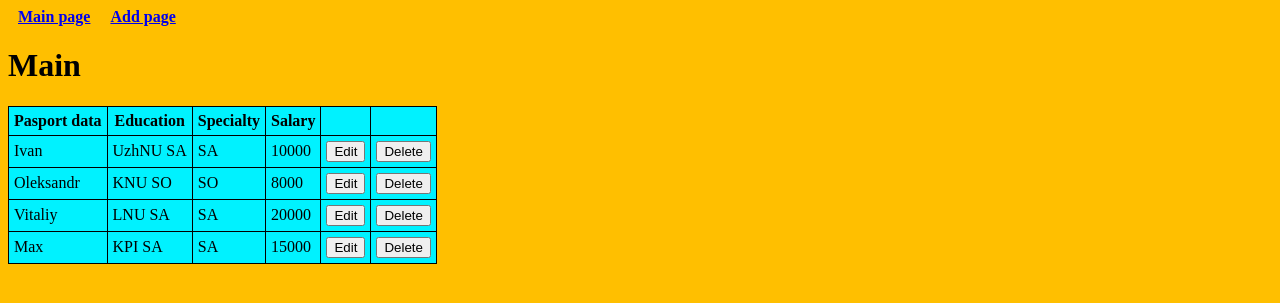
Repository: Alan-Melnychenko/vue
Page: / (app in Project/)
The author's editor kept a copy of each file at every save. The page is drawn from the files as they stood at one save, then again after the next save.
The browser window is 1280 px wide. The pictures show the whole page.
The project was rebuilt for these pictures with package versions that can differ from the ones it lists, and the page was loaded fresh each time. Also part of the build but not shown: Project/vue.config.js, Project/src/pages/Add/index.vue, Project/src/pages/Edit/index.vue.

Above is the page before, as saved 2022-11-08 23:23:02.

### Project/src/App.vue
<template>
  <div>
    <header>
      <router-link class="link" to="/"><b>Main page</b></router-link>
      <router-link class="link" to="/add"><b>Add page</b></router-link>
    </header>
    <main>
      <router-view></router-view>
    </main>
  </div>
</template>
<script>
export default {
  name: "App",
  components: {},
};
</script>

<style>
table {
  background-color: rgb(0, 242, 255);
}
body {
  background-color: rgb(255, 191, 0);
}
.link {
  margin: 10px;
}
table {
  border-collapse: collapse;
  border: 1px solid black;
  padding: 2px;
}
th {
  border: 1px solid black;
  padding: 5px;
}
td {
  border: 1px solid black;
  padding: 5px;
}
</style>

### Project/src/router.js
import { createRouter, createWebHashHistory } from "vue-router";

import MainPage from "./pages/Main/index.vue";
import AddPage from "./pages/Add/index.vue";
import EditPage from "./pages/Edit/index.vue";

const routes = [
  {
    path: "/",
    name: "main",
    component: MainPage,
  },
  {
    path: "/add",
    name: "add",
    component: AddPage,
  },
  {
    path: "/edit/:id?",
    name: "edit",
    component: EditPage,
  },
];

const router = createRouter({
  history: createWebHashHistory(),
  routes,
});

export default router;

### Project/src/store/index.js
import { createStore } from "vuex";

const store = createStore({
  state() {
    return {
      listData: [
        {
          id: 0,
          pasport: "Ivan",
          education: "UzhNU SA",
          specialty: "SA",
          salary: 10000,
        },
        {
          id: 1,
          pasport: "Oleksandr",
          education: "KNU SO",
          specialty: "SO",
          salary: 8000,
        },
        {
          id: 2,
          pasport: "Vitaliy",
          education: "LNU SA",
          specialty: "SA",
          salary: 20000,
        },
        {
          id: 3,
          pasport: "Max",
          education: "KPI SA",
          specialty: "SA",
          salary: 15000,
        },
      ],
    };
  },
  getters: {
    getAllListData: (state) => state.listData,
    getEmployeeById: (state) => (id) => {
      return state.listData[id];
    },
  },

  mutations: {
    addNewEmployee(state, arr) {
      state.listData.push(arr);
    },
    editEmployee(state, arr) {
      state.listData[arr[0]] = arr[1];
    },
    deleteEmployee(state, id) {
      state.listData = state.listData.filter((item) => item.id !== id);
    },
  },
  actions: {
    addNewEmployeeAction({ commit }, arr) {
      commit("addNewEmployee", arr);
    },
    editEmployeeAction({ commit }, arr) {
      commit("editEmployee", arr);
    },
    deleteEmployeeAction({ commit }, id) {
      commit("deleteEmployee", id);
    },
  },
});

export default store;

### Project/src/pages/Main/index.vue
<template>
  <div>
    <h1>Main</h1>
    <table>
      <tr>
        <th>Pasport data</th>
        <th>Education</th>
        <th>Specialty</th>
        <th>Salary</th>
        <th></th>
        <th></th>
      </tr>
      <employee-card
        v-for="item in getAllListData"
        :key="item.id"
        :pasport="item.pasport"
        :education="item.education"
        :specialty="item.specialty"
        :salary="item.salary"
      />
    </table>
  </div>
</template>

<script>
import employeeCard from "@/components/employee.vue";
import { mapGetters } from "vuex";
export default {
  name: "MainPage",
  components: {
    employeeCard,
  },
  computed: {
    ...mapGetters(["getAllListData"]),
  },
  methods: {
    goToAdd() {
      this.$router.push({ path: "/add" });
    },
    goToEdit() {
      this.$router.push({ path: "/edit" });
    },
  },
};
</script>

<style lang="css" scoped></style>

### Project/src/components/employee.vue
<template>
  <tr>
    <td>{{ pasport }}</td>
    <td>{{ education }}</td>
    <td>{{ specialty }}</td>
    <td>{{ salary }}</td>
    <td><button @click="onEdit(id)">Edit</button></td>
    <td><button @click="onDelete(id)">Delete</button></td>
  </tr>
</template>

<script>
import { mapActions } from "vuex";
export default {
  name: "employeeCard",

  props: {
    id: {
      type: Number,
      default: 0,
    },
    pasport: {
      type: String,
      default: "No pasport data",
    },
    education: {
      type: String,
      default: "No education",
    },
    specialty: {
      type: String,
      default: "No specialty",
    },
    salary: {
      type: Number,
      default: 0,
    },
  },
  methods: {
    ...mapActions(["deleteEmployeeAction"]),
    onEdit(id) {
      this.$router.push({
        name: "edit",
        params: { id: id },
      });
    },
    onDelete(id) {
      this.deleteEmployeeAction(id);
    },
  },
};
</script>

<style lang="css" scoped></style>

Loaded but not shown: Project/public/index.html (common file); Project/src/main.js (common file)

After the next save:
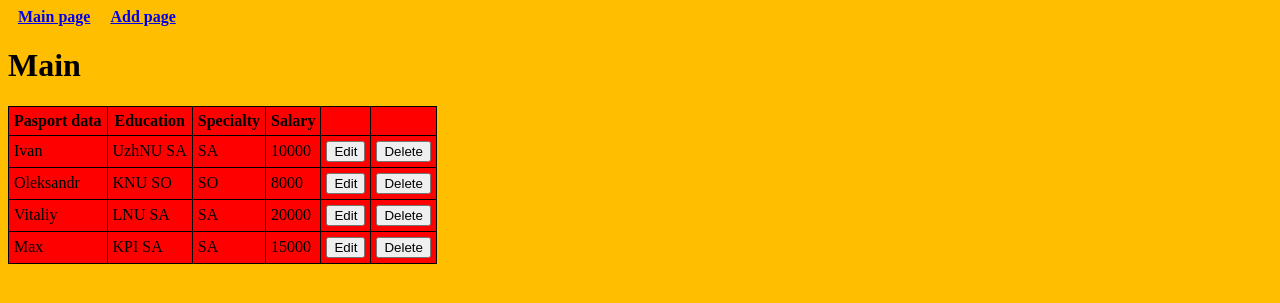
Saved 2 min 3 s later.
--- a/Project/src/App.vue
+++ b/Project/src/App.vue
@@ -17,6 +17,9 @@ export default {
 </script>
 
 <style>
+tr {
+  background-color: red;
+}
 table {
   background-color: rgb(0, 242, 255);
 }
